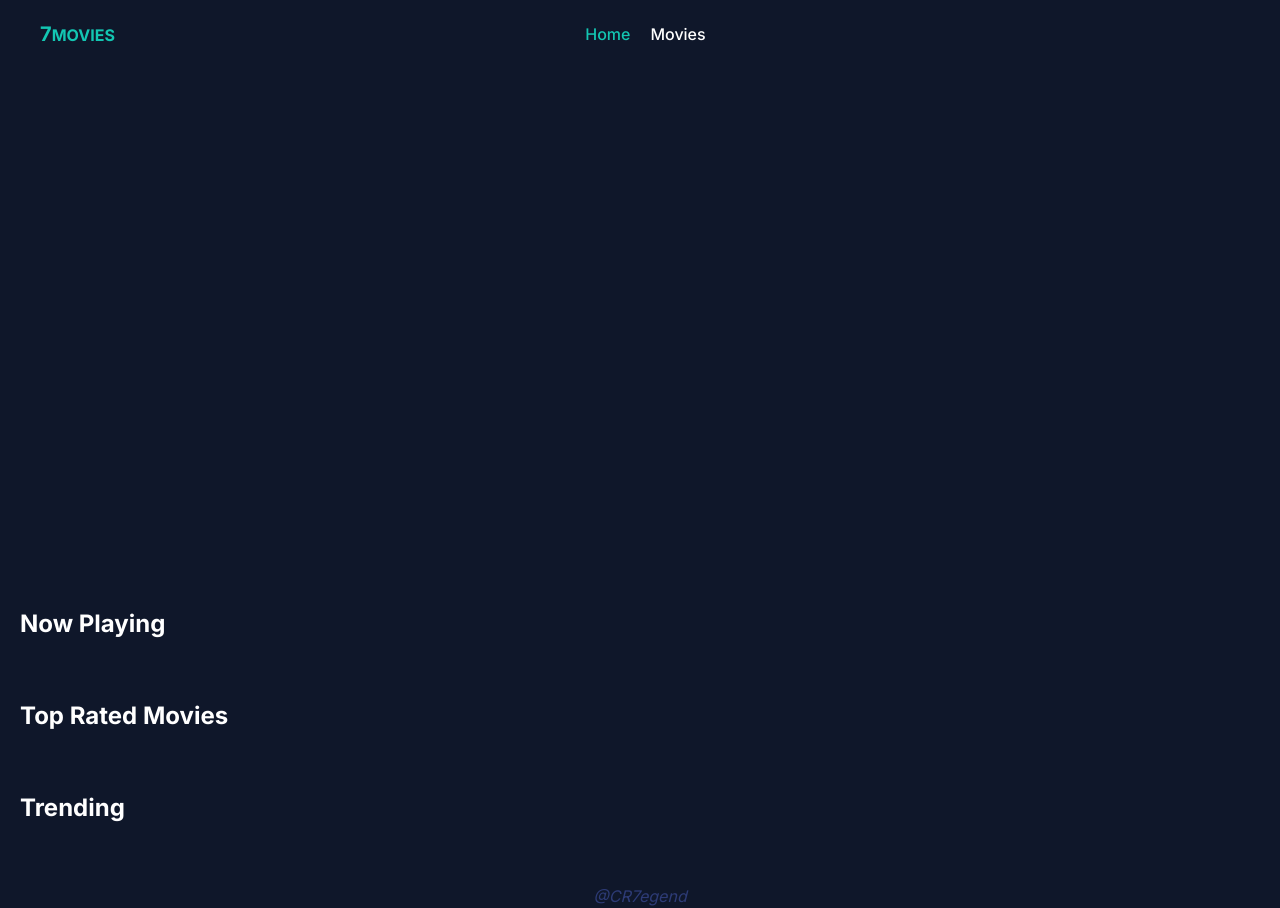
Repository: ajincome26/trailer-movies
Page: /
An editor plug-in stored every save of this project. The page is shown before and after the next save, followed by the edit.
The browser window is 1280 px wide. The pictures show the whole page.
The page's requests for data from a server got no answer. The project was rebuilt for these pictures with package versions that can differ from the ones it lists, and the page was loaded fresh each time. No one was signed in, and anything a server would have sent is missing. Also part of the build but not shown: vite.config.js, src/utils/icons.jsx, src/components/banner/BannerItem.jsx, src/components/movie/MovieCard.jsx, src/hooks/useDebounce.jsx, src/pages/MoviePage.jsx, src/pages/MovieDetailsPage.jsx.

Above is the page before, as saved 2023-04-01 23:22:42.

After the next save:
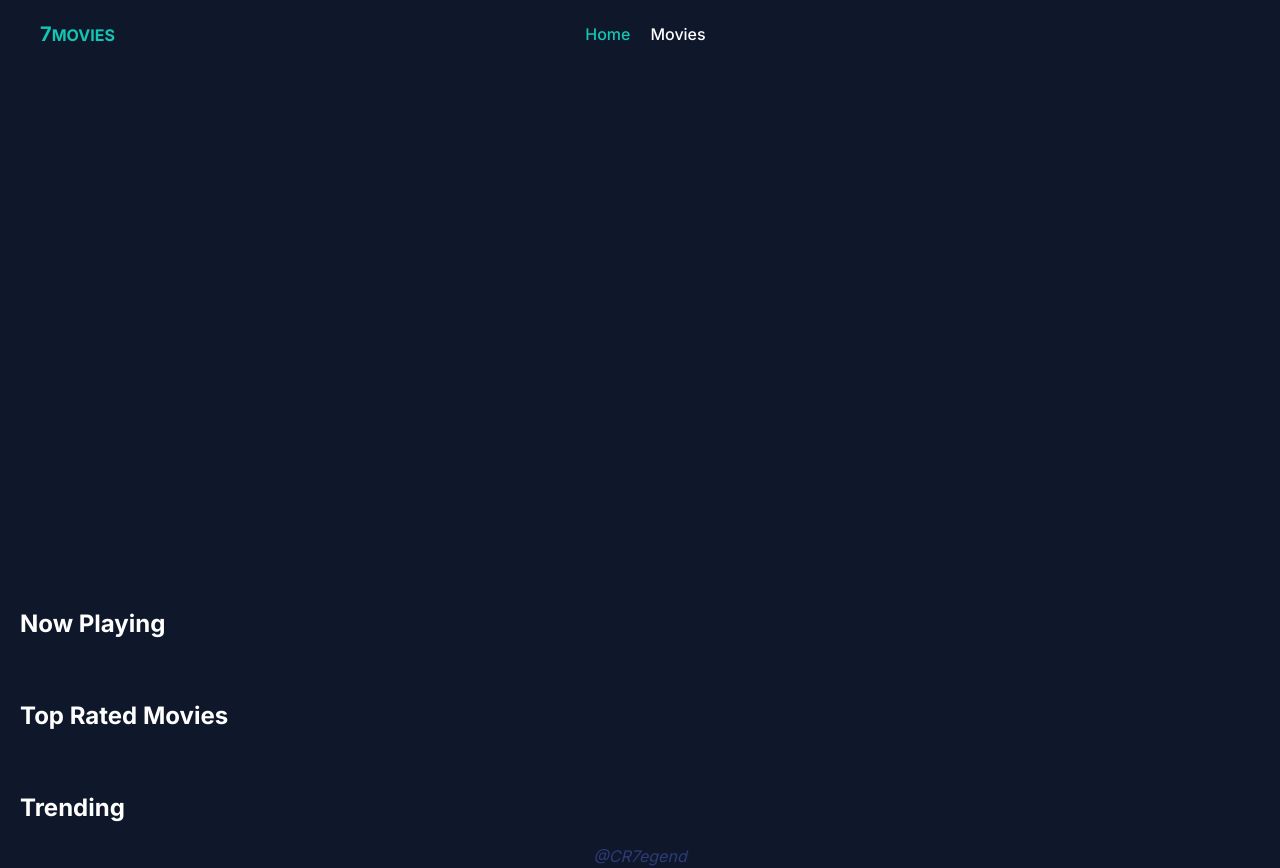
Saved 14 s later.
--- a/src/pages/HomePage.jsx
+++ b/src/pages/HomePage.jsx
@@ -21,7 +21,7 @@ const HomePage = () => {
         <MovieList type="top_rated" />
       </section>
 
-      <section className="movies-trending page-container mb-10">
+      <section className="movies-trending page-container">
         <h2 className="capitalize text-2xl font-bold mt-10 mb-5">Trending</h2>
         <MovieList type="popular" />
       </section>
